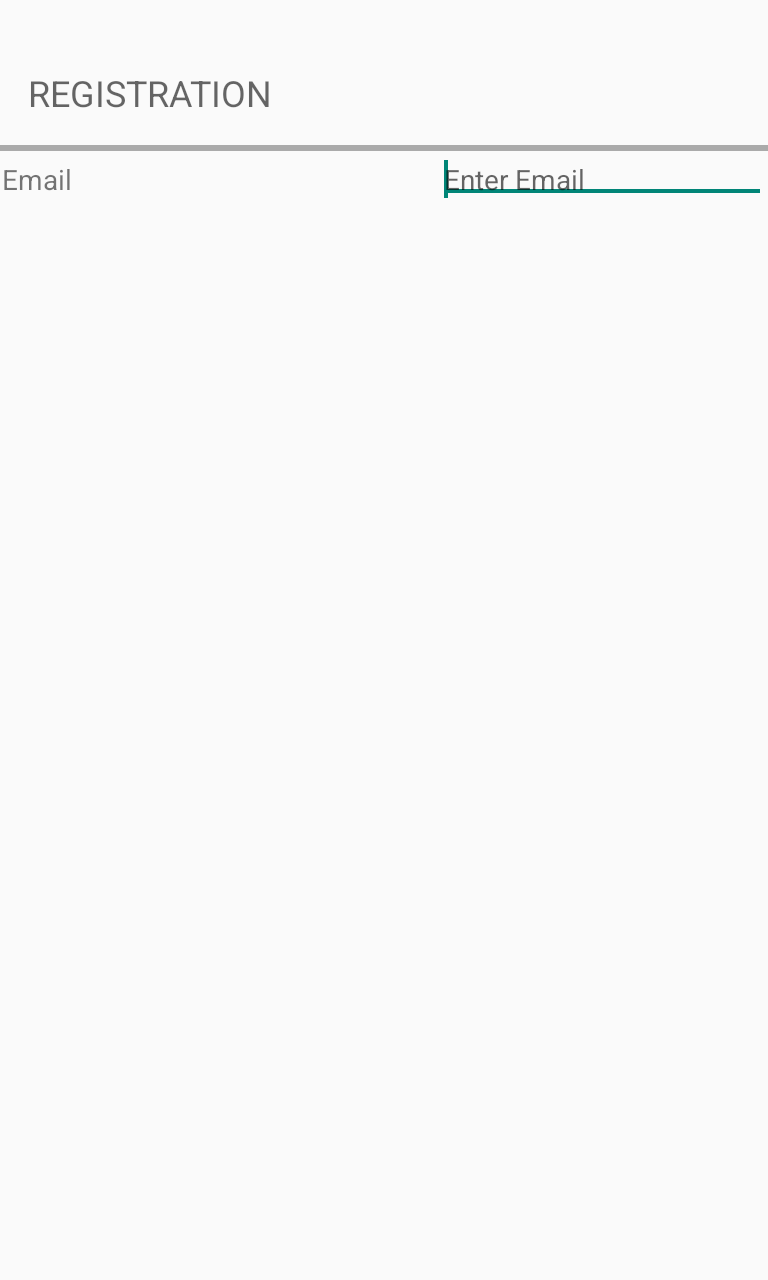
Repository: lMayuraDevani/BrentBrown
Layout: BrentBrown/res/layout/register.xml
These files come from the project's save history. The layout is drawn as it stood at one moment and after the next save; the edit follows.
It is drawn on a 768 x 1280 px phone screen (xhdpi) without system bars, with theme AppTheme; the app's code is not run.

Above is the layout before, as saved 2014-11-12 09:20:43.

### BrentBrown/res/layout/register.xml
<?xml version="1.0" encoding="utf-8"?>
<LinearLayout xmlns:android="http://schemas.android.com/apk/res/android"
    android:layout_width="match_parent"
    android:layout_height="match_parent"
    android:orientation="vertical" >


    <TextView
        android:id="@+id/textView1"
        android:layout_width="wrap_content"
        android:layout_height="wrap_content"
        android:layout_marginTop="20dp"
        android:padding="14dp"
        android:text="@string/registration_lable"
        android:textAppearance="?android:attr/textAppearanceMedium" />


    <View
	   android:layout_width="fill_parent"
	   android:layout_height="3dp"
	   android:background="@android:color/darker_gray" />

      <LinearLayout
                android:layout_width="fill_parent"
                android:layout_height="wrap_content"
                android:orientation="horizontal" >

                <TextView
                    android:id="@+id/emaillbl"
                    android:layout_width="match_parent"
                    android:layout_height="wrap_content"
                    android:layout_gravity="center"
                    android:layout_weight="1"
                    android:padding="01dp"
                    android:text="Email"
                    android:textAppearance="?android:attr/textAppearanceSmall" />

                <EditText
                    android:id="@+id/emailtxt"
                    android:layout_width="wrap_content"
                    android:layout_height="wrap_content"
                    android:ems="10"
                    android:hint="Enter Email "
                    android:padding="3dp"
                    android:textAppearance="?android:attr/textAppearanceSmall"
                    android:textColor="#CDCCCD" >

                    <requestFocus />
                </EditText>
            </LinearLayout>


</LinearLayout>

### BrentBrown/res/values/styles.xml
<resources xmlns:android="http://schemas.android.com/apk/res/android">

    <style name="AppBaseTheme" parent="Theme.AppCompat"></style>

    <!-- Application theme. -->
    <style name="AppTheme" parent="AppBaseTheme">
        <item name="actionBarStyle">@style/CustomizedActionbar</item>
        <item name="actionBarTabStyle">@style/CustomizedActionbarTabs</item>
        <item name="android:actionBarStyle">@style/CustomizedActionbar</item>
        <item name="android:actionBarTabStyle">@style/CustomizedActionbarTabs</item>
    </style>

    <!-- ActionBar styles -->
    <style name="CustomizedActionbar" parent="@style/Widget.AppCompat.ActionBar">
        <item name="android:background">@color/ActionBarColor</item>

        <!-- Support library compatibility -->
        <item name="background">@color/ActionBarColor</item>
        <item name="android:divider">@drawable/tabdivider</item>
    </style>

    <!-- ActionBar tabs styles -->
    <style name="CustomizedActionbarTabs" parent="@style/Widget.AppCompat.ActionBar.TabView">

        <!-- tab indicator -->
        <item name="android:background">@drawable/actionbar_tab_indicator</item>
        <item name="android:divider">@drawable/tabdivider</item>

        <!-- Support library compatibility -->
        <item name="background">@drawable/actionbar_tab_indicator</item>
    </style>

</resources>

### BrentBrown/res/drawable/actionbar_tab_indicator.xml
<?xml version="1.0" encoding="utf-8"?>
<selector xmlns:android="http://schemas.android.com/apk/res/android">

<!-- STATES WHEN BUTTON IS NOT PRESSED -->

    <!-- Non focused states -->
    <item android:state_focused="false" android:state_selected="false"
          android:state_pressed="false"

          android:drawable="@drawable/tab_unselected" />
    <item android:state_focused="false" android:state_selected="true"
          android:state_pressed="false"

          android:drawable="@drawable/tab_selected" />

    <!-- Focused states (such as when focused with a d-pad or mouse hover) -->
    <item android:state_focused="true" android:state_selected="false"
          android:state_pressed="false"
          android:drawable="@drawable/tab_unselected_focused" />
    <item android:state_focused="true" android:state_selected="true"
          android:state_pressed="false"
          android:drawable="@drawable/tab_selected_focused" />


<!-- STATES WHEN BUTTON IS PRESSED -->

    <!-- Non focused states -->
    <item android:state_focused="false" android:state_selected="false"
          android:state_pressed="true"
          android:drawable="@drawable/tab_unselected_pressed" />
    <item android:state_focused="false" android:state_selected="true"
        android:state_pressed="true"
        android:drawable="@drawable/tab_selected_pressed" />

    <!-- Focused states (such as when focused with a d-pad or mouse hover) -->
    <item android:state_focused="true" android:state_selected="false"
          android:state_pressed="true"
          android:drawable="@drawable/tab_unselected_pressed" />
    <item android:state_focused="true" android:state_selected="true"
          android:state_pressed="true"
          android:drawable="@drawable/tab_selected_pressed" />
</selector>

### BrentBrown/res/drawable/tabdivider.xml
<?xml version="1.0" encoding="utf-8"?>
<shape xmlns:android="http://schemas.android.com/apk/res/android"
    android:shape="line"  >

      <size android:width="2dp" android:height="10dp"/>
    <solid android:color="@color/BorderGrayColor" />
    <padding android:left="15dp" android:top="15dp" />

</shape>

### BrentBrown/res/values/color.xml
<?xml version="1.0" encoding="utf-8"?>
<resources>

    <color name="gray_list_item">#E5E5E5</color>
    <color name="gray_backgroound">#EEEEEE</color>
    <color name="gray_border">#b6b6b6</color>
    <color name="ActionBarColor">#25C389</color>
    <color name="BorderGrayColor">#CED8D8</color>
    <color name="OrangeTabColor">#F5963C</color>
    <color name="TurquoiseBlueTabColor">#05AEAA</color>
    <color name="MediumGrayBackColor">#D8D8D8</color>
    <color name="list_item_title">#444444</color>
    <color name="list_item_subtitle">#929292</color>

</resources>

### BrentBrown/res/drawable/tab_unselected.xml
<shape xmlns:android="http://schemas.android.com/apk/res/android"
    android:shape="rectangle" >

    <solid android:color="@color/OrangeTabColor" />

</shape>

### BrentBrown/res/drawable/tab_selected.xml
<?xml version="1.0" encoding="utf-8"?>
<shape xmlns:android="http://schemas.android.com/apk/res/android"
    android:shape="rectangle" >

    <solid android:color="@color/TurquoiseBlueTabColor" />



</shape>

### BrentBrown/res/drawable/tab_unselected_focused.xml
<shape xmlns:android="http://schemas.android.com/apk/res/android"
    android:shape="rectangle" >



   <solid android:color="@color/OrangeTabColor"/>

</shape>

### BrentBrown/res/drawable/tab_selected_focused.xml
<?xml version="1.0" encoding="utf-8"?>
<shape xmlns:android="http://schemas.android.com/apk/res/android"
    android:shape="rectangle" >



 <solid android:color="@color/TurquoiseBlueTabColor" />



</shape>

### BrentBrown/res/drawable/tab_unselected_pressed.xml
<shape xmlns:android="http://schemas.android.com/apk/res/android"
    android:shape="rectangle" >



    <solid android:color="@color/OrangeTabColor" />

</shape>

### BrentBrown/res/drawable/tab_selected_pressed.xml
<?xml version="1.0" encoding="utf-8"?>
<shape xmlns:android="http://schemas.android.com/apk/res/android"
    android:shape="rectangle" >
    <solid android:color="@color/TurquoiseBlueTabColor" />

</shape>

### BrentBrown/res/values/strings.xml
<?xml version="1.0" encoding="utf-8"?>
<resources>

    <string name="app_name"> Brent Brown</string>
    <string name="title_garage"> Garage</string>
    <string name="title_showroom"> Showroom</string>
    <string name="title_specials"> Specials</string>
    <string name="title_tools"> Tools</string>
    <string name="title_extra"> More</string>

    <string name="title_ServiceHistory">Service</string>
    <string name="title_Appointments">Appontments</string>
    <string name="title_Message">Message</string>

    <string name="hello_world">Hello world!</string>
    <string name="action_settings">Settings</string>

    <string name="menu_settings">Settings</string>
    <string name="pull_to_refresh_pull_label">Pull to refresh...</string>
    <string name="pull_to_refresh_release_label">Release to refresh...</string>
    <string name="pull_to_refresh_refreshing_label">Loading...</string>
    <string name="pull_to_refresh_tap_label">Tap to refresh...</string>
    <string name="registration_lable">REGISTRATION</string>

</resources>

Loaded but not shown: BrentBrown/res/values-v11/styles.xml (common file); BrentBrown/res/values-v14/styles.xml (common file)

After the next save:
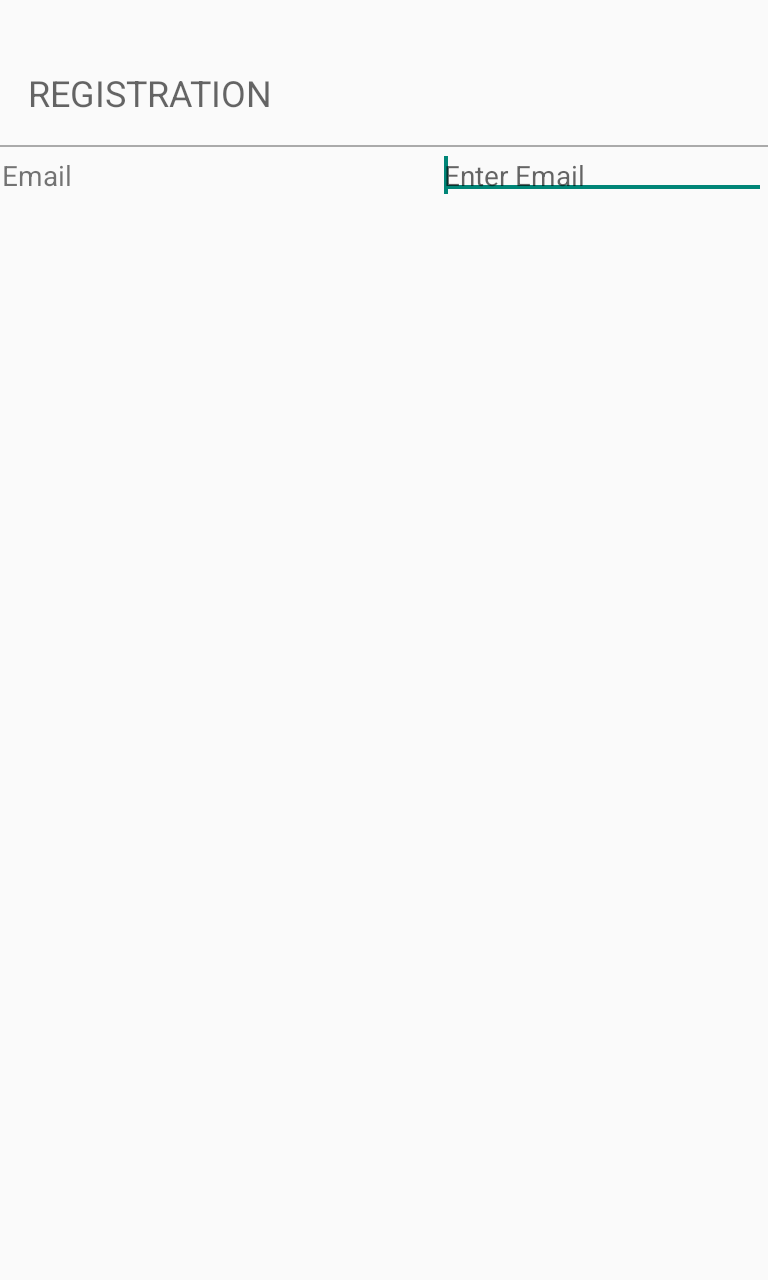
Saved 13 s later.
--- a/BrentBrown/res/layout/register.xml
+++ b/BrentBrown/res/layout/register.xml
@@ -17,7 +17,7 @@
 
     <View
 	   android:layout_width="fill_parent"
-	   android:layout_height="3dp"
+	   android:layout_height="1dp"
 	   android:background="@android:color/darker_gray" />
 
       <LinearLayout
